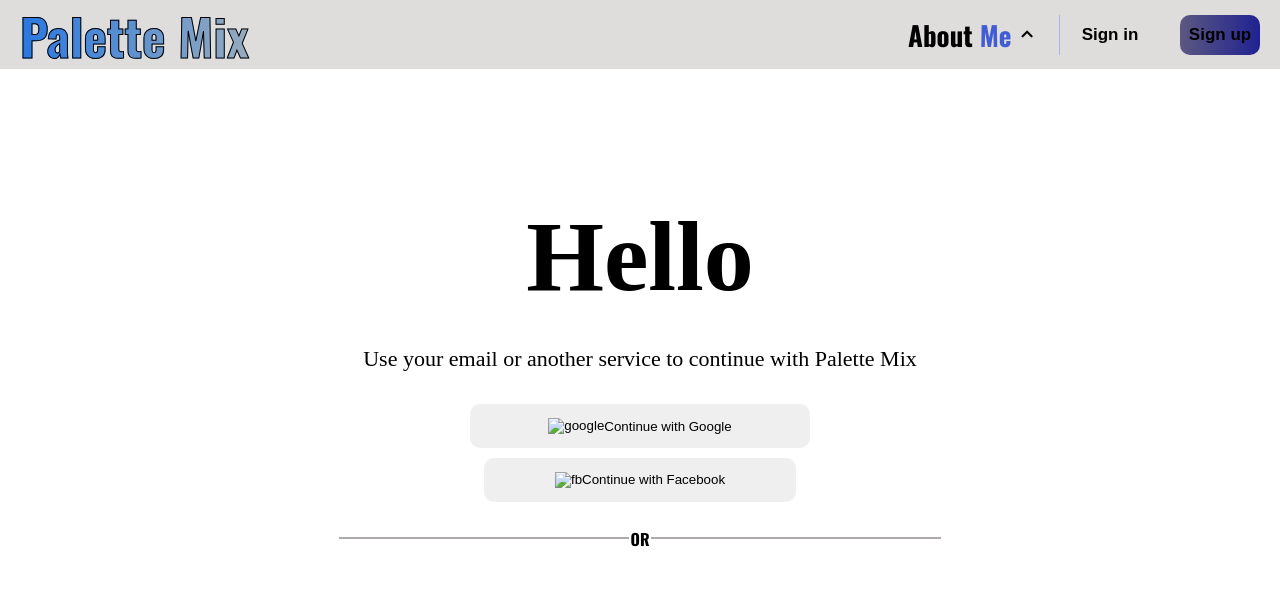
Repository: dmpelaez/Login-Signup-form
Page: Color/colorHeader.html
The author's editor kept a copy of each file at every save. The page is drawn from the files as they stood at one save, then again after the next save.
The browser window is 1280 px wide. The pictures show the window.
A layer covers the whole window, so only the first screen is drawn. Some web libraries are served in a nearby version.

Above is the page before, as saved 2025-12-13 07:34:49.

### Color/colorHeader.html
<!DOCTYPE html>

  <html lang="en" dir="ltr">

    <head>

      <title>Palette Mix</title>
      <!--Style-->
      <link rel="stylesheet" href="colorHeader.css">
      <link rel="stylesheet" href="colorMain.css">
      <link rel="stylesheet" href="https://cdnjs.cloudflare.com/ajax/libs/font-awesome/5.14.0/css/all.min.css">
    </head>
    <body>

      <header class="color-header">
        <!--Title-->
        <a href="colorHeader.html">
          <section id="title" class="color-title">
            Palette Mix
          </section>
        </a>

        <!--End-->

        <!--Right side navigation bar-->
        <section class="navigation-bar">

          <!--About me-->
          <button class="about-me">
           <span class="aboutme">About <span class="me-text">Me</span></span>
           <i class="fas fa-chevron-up"></i>

          </button>

          <!--Login & Signup form-->
          <div class="signin-signup">
            <button class="sign-in">
              Sign in
            </button>
            <button class="sign-up">
              Sign up
            </button>
          </div>
        </section>
        <!--End-->
        <div class="aboutmeSection">
          <div class="sectionAboutme">

            <img class="imageofme" alt="Creator Image" src="WIN_20241001_13_05_33_Pro.jpg">
            <P class="gd">Good day!</P>
            <p class="introduction">
              I am Delmar Galibo Pelaez, 19 years old from Manila, Philippines.
              I am a self-taught programmer who decided to study HTML, CSS and JavaScript to become
              a web developer and I'm hoping to thrive and learn more about on this field to create and serve to others.
            </p>

          </div>

          <div class="aboutThisProject">
            <h2 class="info-project">Palette Mix</h2>
            <p class="infoPalette">
              This project is only created for fun and to challenge myself to create different projects so as to improve skills in web development.
              The creation of Palette Mix started when I'm searching for a project to do because I always hear other programmers that to improve quickly and effieciently --
              you need to create your own projects. Palette Mix is about generating different colors that can be use to mix and create a great layout design for a websites!
            </p>
          </div>

          <div class="connectSection">
            <div class="contacts">
              <h2 class="connect-text">Connect:</h2>
              <a class="githubLink" href="https://github.com/dmpelaez" target="_blank">
                 <img class="github" alt="Github" src="download__1_-removebg-preview.png">
              </a>
              <a class="facebook"  href="#" target="_blank">
                <img class="fb"  alt="Facebook" src="facebook-logo (1).png">
              </a>
            </div>

          </div>

        </div>

        <!--Sign in -->

        <div class="signinPage">

          <div class="signinBox">

            <h1 class="hello-text">Hello</h1>
            <p class="email-account">
              Use your email or another service to continue with Palette Mix
            </p>

            <button class="google">
              <div class="google2">
                <img class="googleImage" alt="google" href="#">
                <p class="continue-text">Continue with Google</p>
              </div>
            </button>
            <button class="fbbutton">
              <div class="fbSection">
                <Img class="fbImage" alt="fb" href="#">
                <p class="continue-text2">Continue with Facebook</p>
              </div>
            </button>
            <div class="line"></div>
            <p class="or-text">OR</p>
          </div>

        </div>


      </header>

      <main class="mainpage">

        <!--Main page-->
        <div class="main-page">

          <section class="title1">

            <h1 class="intro">Your color palettes generator!</h1>

            <h3 class="little-info">Create the perfect palette and get inspired by thousands of beautiful color schemes.</h3>
            <div class="sliding">
              <div class="colors">
              </div>
              <div class="colors2">
              </div>
              <div class="colors3">
              </div>
               <div class="colors4">
              </div>
            </div>

            <div class="colorSearch">
              <input type="color" class="colorbox">
              <Input type="text"  class="textbox">
              <img class="brush" src="brush.png">
              <img class="plate" src="plate.png">
              <img class="board" src="board.png">
                <div class="comment-section">
                  <h3 class="comment-text">Comment Here!</h3>
                  <ul class="comment-list"></ul>
                  <textarea class="comment-input" placeholder="Add Comment here..."></textarea>
                </div>
              </img>

            </div>

            <button class="generator">
              <i class="fas fa-palette"></i>
              Generate
            </button>
          </section>


        </div>

        <div class="theWhole">
          <div class="paletteText">Palette Mix</div>
          <div class="colorGenerator">
          </div>

          <div class="wholeDesign">
          <i id="leftIcon" class="fas fa-angle-left"></i>
              <div class="divBox">

            <!--Design 1-->


            <div class="divScroll">
              <div  class="div1">
                <div id="randomBox1" class="divpage1">
                  <header id="randomBox2" class="headerDiv1">Header</header>
                  <main  id="randomBox3" class="mainDiv1">
                    <div id="randomBox4" class="asideDiv1">Aside</div>
                    <div id="randomBox5" class="frontDiv1">Main</div>
                  </main>
                  <footer id="randomBox7" class="footerDiv1">Footer</footer>
                </div>
              </div>
              <!--Design 2-->
              <div  class="div2">
                <div id="randomBox1" class="divpage2">
                  <header id="randomBox2" class="headerDiv2">Header</header>
                    <div id="randomBox4" class="asideDiv2">Aside</div>
                    <div id="randomBox5" class="frontDiv2">Main</div>
                  <footer id="randomBox7" class="footerDiv2">Footer</footer>
                </div>
              </div>

              <!--Design 3-->

              <div  class="div3">
                <div id="randomBox1" class="divpage3">
                  <header id="randomBox2" class="headerDiv3">Header</header>
                    <div class="navBar">Navigation</div>
                    <div id="randomBox4" class="asideDiv3">Aside</div>
                    <div id="randomBox4" class="asideDiv32">Aside</div>
                    <div id="randomBox5" class="frontDiv3">Main</div>

                  <footer id="randomBox7" class="footerDiv3">Footer</footer>
                </div>
              </div>

            </div>
          </div>
          <i id="rightIcon"class="fas fa-angle-right"></i>



        </div>

        </div>


      </main>


      <script type="module" src="color.js"></script>

    </body>

  </html>

### Color/colorHeader.css
@import url('https://fonts.googleapis.com/css2?family=Anton&family=Oswald:wght@200..700&family=Poppins:ital,wght@0,100;0,200;0,300;0,400;0,500;0,600;0,700;0,800;0,900;1,100;1,200;1,300;1,400;1,500;1,600;1,700;1,800;1,900&family=Roboto:ital,wght@0,100..900;1,100..900&display=swap');

body {
  margin: 0;
  padding: 0;
}

.color-header {
  display: flex;
  justify-content: space-between;
  align-items: center;
  padding-left: 20px;
  padding-right: 20px;
  background: rgb(223, 220, 220);
  box-sizing: border-box;
  position: fixed;
  right: 0;
  left: 0;
  top: 0;
  height: 70px;
  border-bottom: 1px solid gray;
  z-index: 2;
}
@media (max-width: 670px) {
  .color-header {
    gap: 30px;
  }
}

a {
  text-decoration: none;
  flex-shrink: 0;
}

.color-title {
font-family: "Oswald", sans-serif;
font-weight: bold;
display: flex;
height: 50px;
font-size: 50px;
justify-content: start;
align-items: center;
-webkit-text-stroke: 1px black;
background: linear-gradient(90deg, rgb(41, 120, 224), rgb(150, 171, 190));
-webkit-background-clip: text;
-webkit-text-fill-color: transparent;
transition: all 0.3s ease;
cursor: pointer;
flex-shrink: 0;
}




.navigation-bar {
  display: Flex;
  justify-content: space-between;
  align-items: center;
  gap: 20px;
  height: 50px;
}
.signin-signup {
  display: Flex;
  border-left: 1px solid rgb(162, 183, 240);
  justify-content: space-between;
  align-items: center;
  gap: 30px;
  height: 40px;
  padding-left: 10px;
}

.sign-up {
  height: 40px;
  width: 80px;
  border-radius: 10px;
  border: none;
  background: transparent;
  color: black;
  font-family: arial;
  font-weight: bold;
  font-size: 17px;
  cursor: pointer;
  background: linear-gradient(90deg, rgb(92, 88, 129), rgb(32, 34, 145));
}
.sign-in {
  height: 40px;
  width: 80px;
  border-radius: 10px;
  border: none;
  background: transparent;
  color: black;
  font-family: arial;
  font-weight: bold;
  font-size: 17px;
  cursor: pointer;

}
.sign-in:hover,
.sign-up:hover {
background: linear-gradient(90deg, rgb(92, 88, 129), rgb(32, 34, 145));
  color: white;
}
.about-me {
  display: flex;
  justify-content: space-evenly;
  height: 40px;
  align-items: center;
  background-color: transparent;
  border: none;
  cursor: pointer;
  border-radius: 5px;
  flex-shrink: 0;
}
.about-me:hover {
  color: white;
  background: linear-gradient(90deg, rgb(92, 88, 129), rgb(32, 34, 145));
}
.aboutme {
  font-weight: bold;
  font-size: 27px;
  font-family: "Oswald";

}

.me-text {
  margin-right: 10px;
  color: rgb(66, 93, 212);
}

### Color/colorMain.css
@import url('https://fonts.googleapis.com/css2?family=Anton&family=Luckiest+Guy&family=Oswald:wght@200..700&family=Poppins:ital,wght@0,100;0,200;0,300;0,400;0,500;0,600;0,700;0,800;0,900;1,100;1,200;1,300;1,400;1,500;1,600;1,700;1,800;1,900&family=Roboto:ital,wght@0,100..900;1,100..900&display=swap');

body {
  height: 1580px;
}

.mainpage {
margin-top: 70px;
display: grid;
max-width: 1900px;
flex-shrink: 0;
position: relative;
}



.main-page {

}
.intro {
  font-weight: bold;
  font-size: 95px;
  white-space: wrap;
  font-family: "Oswald";
  flex-shrink: 0;
  display: flex;
  margin: 0px;
}


.aboutmeSection {
  display: grid;
  position: absolute;
  border: 1px solid black;
  background-color: rgb(39, 37, 37);
  left: 0;
  top: 100%;
  right: 0%;
  border-top: none;
  height: 0px;
  opacity: 1;
  justify-content: space-between;
  align-items: center;
  grid-template-columns: 1fr 1fr;
  grid-template-rows: 1fr 100px;
  overflow: hidden;
  transition: height 0.3s ease;
}


.aboutmeSection.btnDown {
  display: grid;
  opacity: 1;
  height: 520px;
  transition: height 0.3s ease;
}


.sectionAboutme {
  display: flex;
  height: 200px;
  justify-content: center;
 align-items: center;
 position: relative;
 gap: 20px;
 padding-left: 40px;
}
.imageofme {
  width: 350px;
  height: 350px;
  object-fit: cover;
  border-radius: 50%;
  display: flex;
}
.introduction {
  width: 350px;
  font-family: "Oswald";
  color: white;
  display: flex;
}
.connectSection {
  grid-column: 1 / 2 span;
  display: flex;
  background: linear-gradient(90deg, rgb(92, 88, 129), rgb(32, 34, 145));
}
.contacts {
  display: flex;
  padding-left: 20px;
  align-items: center;
}
.gd {
  font-weight: bold;
  font-size: 40px;
  white-space: nowrap;
  position: absolute;
  display: flex;
  top: -90px;
  left: 410px;
  color: white;
  font-family: "Oswald";
}

.fb {
  width: 20px;
  display: flex;
  margin-left: 20px;
}
.github {
  width: 45px;
  margin-left: 20px;
  display: flex;
}
.connect-text {
  font-family: "Oswald";
  font-size: 15px;
  display: flex;
}
.info-project {
  color: white;
  font-weight: bold;
  font-family: "Oswald";
  font-size: 40px;
  margin: 0px;
  display: flex;
  margin-right: 120px;
}
.aboutThisProject {
  display: flex;
  flex-direction: column;
  justify-content: center;
  align-items: center;
  margin-bottom: 40px;
}
.infoPalette {
  color: white;
  font-family: "Oswald";
  width: 400px;
  display: flex;
}



.title1 {
  display: flex;
  flex-direction: column;
    width: 100%;
  height: 800px;
  justify-content: start;
  position: relative;
  padding-top: 50px;
  align-items: center;
 background: linear-gradient(90deg, rgb(92, 88, 129), rgb(32, 34, 145));
 transition: background 6s ease;

}


.animate-gradient {
  animation: gradientShift 6s infinite alternate;
}

.little-info {

  font-size: 19px;
  color: rgb(0, 0, 0);
  font-family: "Poppins";
}

.letters {
  display: inline-block;
  margin: 2px;
}

.letters:hover {
  cursor: pointer;
  transition: text-shadow 0.3s ease;

  animation: wiggle 0.2s infinite alternate;
}


@keyframes wiggle {
  from {transform: translateX(0);}
  to {transform: translateX(-10px);}
}
.colors,
.colors2,
.colors3,
.colors4  {
  display: flex;

   width: 500px;
  height: 150px;
  justify-content: center;

   gap: 10px;
}
.colors div,
.colors2 div,
.colors3 div,
.colors4 div {
  display: Flex;
  height: 145px;
  flex-direction: row;
  width: 200px;
  justify-content: center;
}
.box {
  display: Flex;
  align-items: center;
  justify-content: center;
  font-weight: bold;
  font-size: 19px;
  text-transform: uppercase;
  cursor: pointer;

  border-radius: 10px;
}
.sliding {

  height: 250px;
 position: relative;
 overflow: hidden;
 margin-bottom: 20px;
}
.colors,
.colors2,
.colors3,
.colors4 {
  animation: scrollUp 6s linear infinite;

}


@keyframes scrollUp {
  0%   { transform: translateY(0); }
  25%   { transform: translateY(-50%); }
  50%   { transform: translateY(-100%); }
  75%   { transform: translateY(-150%); }
  100% { transform: translateY(-205%); }
}

.colorSearch {
  display: Flex;
  position: relative;
}
.brush {
  position: absolute;
  width: 300px;
  object-fit: cover;
  z-index: 1;
  top: -250px;
  right: -580px;
  pointer-events: none;
}
.plate {
  position: absolute;
  width: 200px;
  left: -350px;
  top: -70px;


}
.board {
  position: absolute;
  width: 600px;
  top: -330px;
  left: 230px;
  pointer-events: none;
}

.comment-section {
  position: absolute;
  right: -394px;
  bottom: -20%;
  display: flex;
  flex-direction: column;
  height: 250px;
  justify-content: end;
  text-align: center;

}
.comment-list {
position: absolute;
bottom: 10%;
display: flex;
align-items: left;
justify-content: start;

gap: 10px;
height: 140px;
width: 189px;
padding: 0;
left: -16px;
flex-direction: column;
overflow-y: scroll;
padding-left: 10px;
}
.comment-text {
  margin: 0px;
  Position: absolute;
  top: 45px;
  left: 20px;
  white-space: nowrap;
}
.comment-input {
display: flex;
position: initial;
padding-left: 10px;
text-align: middle;
align-items: center;
justify-content: center;
border-radius: 10px;
outline: none;
}
.comments {
  display: flex;
  justify-content: start;
  text-align: left;
  width: 160px;
  white-space: normal;
  word-wrap: break-word;
  word-break: break-all;
  overflow-wrap: break-word;
  border: 1px solid gray;
  padding: 10px;
  padding-right: 0px;
}


.generator {
  display: flex;
  background: blue;
  border: none;
  border-radius: 50px;
  height: 50px;
  align-items: center;
  justify-content: center;
  margin-top: 20px;
  width: 200px;
  font-family: "Oswald";
  font-size: 20px;
  color: white;
  cursor: pointer;
}
.generator i {
  margin-right: 10px;
}

.colorGenerator {
  display: flex;


  height: 200px;
  width: 100%;
  align-self: center;
 justify-self: center;
 align-items: center;
 justify-content: center;
 gap: 10px;

}
.generateColor {
  display: flex;
  border-width: 1px;
  border-radius: solid;
  width: 200px;
  height: 100px;
  justify-content: center;
  align-items: center;
  cursor: pointer;
  color: black;
}

.paletteText {
  font-weight: bold;
  font-family: "Oswald";
  font-size: 60px;
  position: absolute;
  left: 42%;
  top: 0;
  right: 50%;
  white-space: nowrap;
  top: 10px;

}

.theWhole {
  height: 100vh;
  display: flex;
  flex-direction: column;
  justify-content: center;
  align-items: center;
  position: relative;
 background: linear-gradient(90deg, rgb(92, 88, 129), rgb(32, 34, 145));
}

.divBox {
  border: 1px solid black;
  height: 400px;
  width: 600px;
  display: flex;
  align-items: center;
  justify-content: center;
  align-self: center;
  justify-self: center;
  gap: 20px;
  background-color: white;
  overflow-x: auto;
  scroll-behavior: smooth;
  position: relative;
}
.divBox::-webkit-scrollbar {
  display: none;
}
.wholeDesign {
  display: flex;
  justify-content: center;
  align-items: center;
  margin-bottom: 20px;
}


.divBox i {
  cursor: pointer;
  margin-right: 10px;
  margin-left: 10px;

}

.divScroll {
  display: flex;
  justify-content: space-evenly;
  height: 90%;
  min-width: 90%;
  position: absolute;
  left: 20px;
  background-color: white;
  gap: 30px;

}

.div1{
  display: grid;
  border: 1px solid black;
  min-height: 90%;
  width: 550px;
  flex-direction: column;
  z-index: 1;


}


.div2 {
 display: grid;
  border: 1px solid black;
  min-height: 90%;
  width: 550px;
  flex-direction: column;
  z-index: 1;

}
.div3 {
  display: grid;
  border: 1px solid black;
  min-height: 90%;
  width: 550px;
  flex-direction: column;
  z-index: 1;
  margin-right: 20px;

}





.divpage1 {
  display: flex;
   z-index: 2;
   flex-direction: column;
  height: 100%;
  min-width: 100%;
  justify-content: space-between;
  align-items: center;

}

.headerDiv1 {
  display: flex;
  align-items: center;
  justify-content: center;
  height: 40px;
  border: 1px solid black;
  min-width: 95%;
  margin-top: 5px;
  z-index: 2;
  background-color: white;
}
.mainDiv1{
  display: flex;
   z-index: 2;
  height: 70%;
  min-width: 95%;
  justify-content: space-between;

}
.footerDiv1 {
  display: flex;
  border: 1px solid black;
  min-width: 95%;
  justify-content: center;
  height: 10%;
  align-items: center;
  margin-bottom: 5px;
    z-index: 2;
    background-color: white;
}
.asideDiv1 {
  border: 1px solid black;
  min-width: 30%;
  display: flex;
  align-items: center;
  justify-content: center;
  z-index: 2;
  background-color: white;
}
.frontDiv1 {
  display: flex;
  border: 1px solid black;
  min-width: 65%;
  justify-content: center;
  align-items: center;
  z-index: 2;
  background-color: white;
}





.divpage2 {
  display: grid;
grid-template-columns: 150px 1fr 1fr 1fr;
grid-template-rows: 150px 1fr 1fr 1fr;
row-gap: 10px;
column-gap: 10px;
margin: 10px;
}
.headerDiv2 {
  grid-row: 1 / 3 span;
  display: flex;
  justify-content: center;
  align-items: center;
  border: 1px solid black;
  background-color: white;
}

.footerDiv2 {
  grid-row: 4 / 1 span;
  grid-column: 4 span;
  display: flex;
  justify-content: center;
  align-items: center;
  border: 1px solid black;
  background-color: white;
}


.frontDiv2 {
grid-column: 2 / 3 span;
grid-row: 1 / 2 span;
display: flex;
justify-content: center;
align-items: center;
border: 1px solid black;
background-color: white;
}
.asideDiv2 {
  grid-column: 2 / 3 span;
  display: flex;
  justify-content: center;
  align-items: center;
  border: 1px solid black;
  background-color: white;
}




.divpage3 {
  display: grid;
  grid-template-columns: 150px 1fr 150px;
  grid-template-rows: 50px 40px 1fr 1fr 40px;
  row-gap: 10px;
  column-gap: 10px;
  margin: 10px;

}
.headerDiv3 {
  grid-column: 1 / 3 span;
  display: flex;
  justify-content: center;
  align-items: center;
  border: 1px solid black;
  background-color: white;
}
.navBar {
  grid-column: 1 / 3 span;
  display: flex;
  justify-content: center;
  align-items: center;
  border: 1px solid black;
background-color: white;
}
.asideDiv3 {
  display: flex;
  border: 1px solid black;
  justify-content: center;
  align-items: center;
background-color: white;
}
.asideDiv32 {
  display: Flex;
  border: 1px black solid;
  grid-row: 4;
  justify-content: center;
  align-items: center;
  background-color: white;
}
.frontDiv3 {
  display: flex;
  justify-content: center;
  align-items: center;
  border: 1px solid black;
  grid-row: 3 / 2 span;
  grid-column: 2 / 2 span;
  background-color: white;
}
.footerDiv3 {
  display: Flex;
  align-items: center;
  justify-content: center;
  border: 1px solid black;
  grid-column: 1 / 3 span;
  background-color: white;
}




#leftIcon {
  cursor: pointer;
  color: white;
  margin-right: 20px;
  padding: 20px;
}
#rightIcon {
  cursor: pointer;
  margin-left: 20px;
  padding: 20px;
 color: white;
}


.signinPage {
  position: absolute;
  top: 100%;
  height: 100vh;
  left: 0;
  right: 0;
  background: white;
  display: flex;
  justify-content: center;
  padding-top: 100px;

}

.signinBox {
  display: flex;
  flex-direction: column;
  width: 600px;
  height: 400px;
  justify-content: center;
  align-items: center;
  gap: 10px;
  position: relative;
}
.google {
  display: flex;
  flex-direction: row;
  padding-left: 20px;
  padding-right: 20px;
  border-radius: 10px;
  border: none;
  align-items: center;
  justify-content: center;

}
.google2 {
  display: flex;
  align-items: center;
 width: 300px;
 justify-content: center;
}
.continue-text {
justify-content: space-between;
}
.hello-text {
  display: inline-block;
  margin: 0px;
  font-size: 100px;
}
.email-account {
  font-size: 22px;

}
.fbbutton {
  display: flex;
  border-radius: 10px;
  border: none;

}
.fbSection {
  display: Flex;
  align-items: center;
  justify-content: center;
  width: 300px;

}
.line {
  display: flex;
  border: 1px solid rgb(175, 171, 171);
  height: 0px;
  align-items: center;
  background-color: white;
  width: 600px;
  justify-content: center;
  margin-top: 25px;
}
.or-text {
  position: absolute;
  bottom: 0%;
  background-color: white;
  padding: 2px;
  font-family: "Oswald";
  font-weight: bold;
}

Loaded but not shown: Color/color.js (475 lines, source omitted)

After the next save:
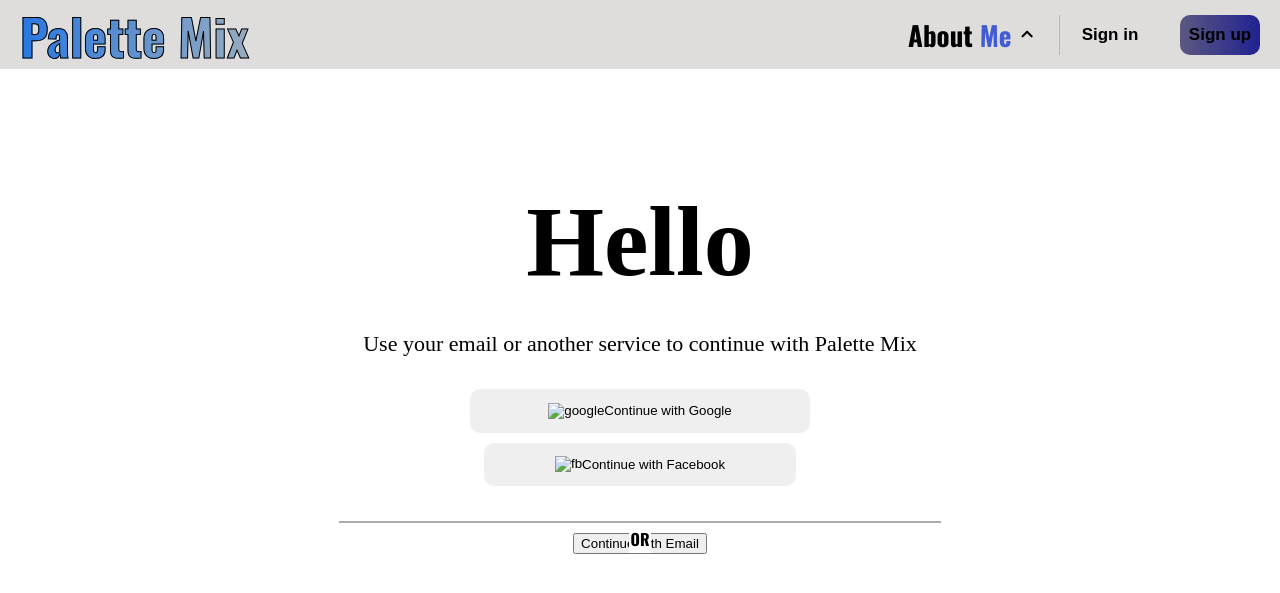
Saved 64 s later.
--- a/Color/colorHeader.html
+++ b/Color/colorHeader.html
@@ -105,6 +105,8 @@
             </button>
             <div class="line"></div>
             <p class="or-text">OR</p>
+
+            <button class="continueEmail">Continue with Email</button>
           </div>
 
         </div>
